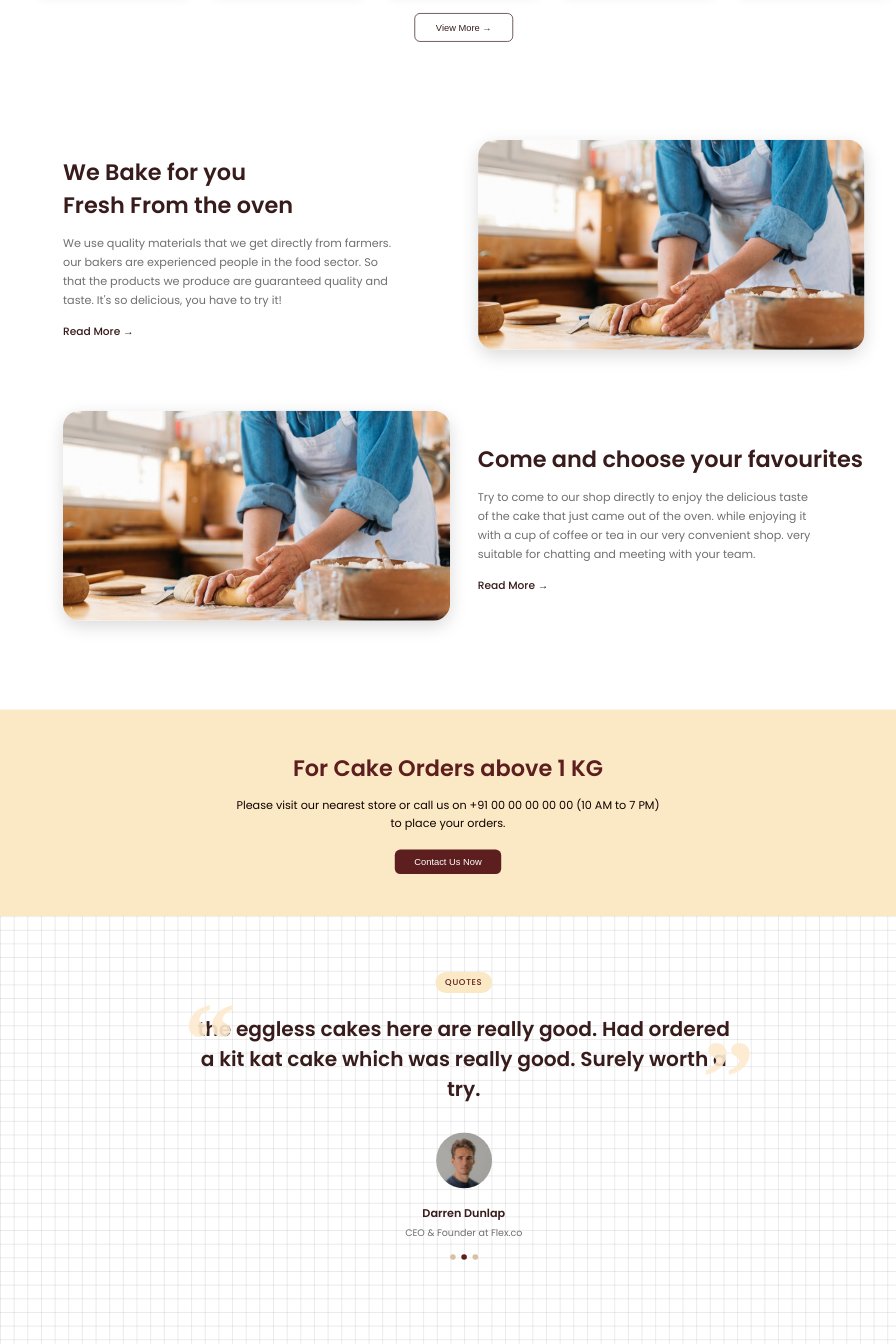
Repository: josegabrielzevallos/chocobrat-bakery-website
Page: index.html
The author's editor kept a copy of each file at every save. The page is drawn from the files as they stood at one save, then again after the next save.
The browser window is 1280 px wide. The pictures show the part of the page from y = 1014 to 2934 px (the page is 2934 px tall), at 70% of full size.

Above is the page before, as saved 2025-11-20 17:34:17.

### index.html
<!DOCTYPE html>
<html lang="en">
<head>
    <meta charset="UTF-8" />
    <meta name="viewport" content="width=device-width, initial-scale=1.0" />
    <title>Chocobrat Bakery</title>

    <link href="https://fonts.googleapis.com/css2?family=Poppins:wght@300;400;500;600;700&display=swap" rel="stylesheet">

    <link rel="stylesheet" href="styles.css" />
</head>
<body>

    <!-- NAVBAR -->
    <header>
        <nav class="navbar container">
            <h1 class="logo">Chocobrat</h1>

            <ul class="nav-links">
                <li><a class="active" href="#">Home</a></li>
                <li class="dropdown">
                    <a href="#">Categories ▾</a>
                </li>
                <li><a href="#">About Us</a></li>
                <li><a href="#">Contact Us</a></li>
            </ul>

            <div class="nav-actions">
                <input type="text" placeholder="Search" class="search-box" />
                <button class="icon-btn">🔍</button>
                 <button class="icon-btn">👤</button>
                <button class="icon-btn">🛒</button>

            </div>
        </nav>
    </header>

    <!-- HERO SECTION -->
    <section class="hero container">
        <div>
        <div class="hero-text">
            <div class="hero-img">
                <img src="./assets/images/b1-cake.png" alt="Cake">
            </div>
            <div class="carousel container">
                <div class="slider-controls">
                    <span class="arrow" id="prev">&larr;</span>
                    <span class="slide-text">01/7</span>
                    <span class="arrow" id="next">&rarr;</span>
                </div>
                <img src="assets/images/b2-cake.jpeg" class="thumb" />
                <img src="assets/images/b3-cake-red.png" class="thumb" />
                <img src="assets/images/b4-cake.jpg" class="thumb" />

            </div>
                <h2>Bring you Happiness <br> through a piece of cake</h2>
                <p>We make different type of cakes, chocolate, soft cookies, cheesecake pie or anything you want.</p>

                <div class="hero-buttons">
                    <button class="btn primary">Order Now</button>
                    <button class="btn secondary">See All Menus</button>
                </div>
            </div>


        </div>
        <div class="hero-ba" >
            <!-- CAROUSEL STATIC -->


            <div class="title-row">
                <h2>Try Our Best Selling</h2>
                <div class="divider"></div>
                <p>Here’s our best creations that everyone loves. Lightness and sweetness of the cake...</p>
            </div>
        </div>
    </section>



    <!-- BEST SELLING SECTION -->
    <section class="best-selling container">


        <div class="product-grid">

            <!-- CARD 1 -->
            <article class="card">
                <img src="assets/images/b5-cakes.png" alt="">
                <h3>Red Velvet & Cream Cheese (500g)</h3>
                <div class="rating">
                    ⭐⭐⭐⭐☆ <span>4.0 Rating</span>
                </div>
            </article>

            <!-- CARD 2 -->
            <article class="card">
                <img src="assets/images/b6-cakes.png" alt="">
                <h3>Red Velvet & Cream Cheese (500g)</h3>
                <div class="rating">
                    ⭐⭐⭐⭐☆ <span>4.0 Rating</span>
                </div>
            </article>

            <!-- CARD 3 -->
            <article class="card">
                <img src="assets/images/b7-cakes.png" alt="">
                <h3>Red Velvet & Cream Cheese (500g)</h3>
                <div class="rating">
                    ⭐⭐⭐⭐☆ <span>4.0 Rating</span>
                </div>
            </article>

            <!-- CARD 4 -->
            <article class="card">
                <img src="assets/images/b8-cakes.png" alt="">
                <h3>Red Velvet & Cream Cheese (500g)</h3>
                <div class="rating">
                    ⭐⭐⭐⭐☆ <span>4.0 Rating</span>
                </div>
            </article>
              <!-- CARD 5 -->
            <article class="card">
                <img src="assets/images/b9-cakes.png" alt="">
                <h3>Red Velvet & Cream Cheese (500g)</h3>
                <div class="rating">
                    ⭐⭐⭐⭐☆ <span>4.0 Rating</span>
                </div>
            </article>
        </div>

        <center>
            <button class="btn view-more">View More →</button>
        </center>
    </section>

        <!-- STORY / ABOUT BAKERY SECTION -->
    <section class="story container">
        <article class="story-card">

            <div class="story-text">
                <h2>We Bake for you<br>Fresh From the oven</h2>
                <p>
                    We use quality materials that we get directly from farmers.
                    <br>our bakers are experienced people in the food sector. So
                    <br>that the products we produce are guaranteed quality and
                    <br>taste. It's so delicious, you have to try it!
                </p>
                <a href="#" class="story-link">Read More →</a>
            </div>
            <div class="story-img">
                <img src="./assets/images/b9-women.jpeg" alt="Baker preparing pastry">
            </div>

        </article>


        <article class="story-card">

            <div class="story-img">
                <img src="./assets/images/b9-women.jpeg" alt="Baker rolling dough">
            </div>

            <div class="story-text">
                <h2>Come and choose your favourites</h2>
                <p>
                    Try to come to our shop directly to enjoy the delicious taste
                    <br>of the cake that just came out of the oven. while enjoying it
                    <br>with a cup of coffee or tea in our very convenient shop. very
                    <br>suitable for chatting and meeting with your team.
                </p>
                <a href="#" class="story-link">Read More →</a>
            </div>

        </article>

    </section>

    <!-- CAKE ORDER BANNER -->
    <section class="order-banner">
        <div class="order-banner-inner">
            <h2>For Cake Orders above 1 KG</h2>
            <p>
                Please visit our nearest store or call us on +91 00 00 00 00 00 (10 AM to 7 PM)
            <br>
                to place your orders.
            </p>
            <button class="btn primary order-btn">Contact Us Now</button>
        </div>
    </section>

    <!-- QUOTES SECTION -->
    <section class="quotes-section">
        <div class="container quotes-inner">
            <span class="quotes-label">QUOTES</span>

            <p class="quote-text">
                the eggless cakes here are really good. Had ordered a kit kat cake which was
                really good. Surely worth a try.
            </p>

            <div class="quote-author">
                <div class="quote-avatar">
                    <img src="./assets/images/b10-man.jpeg" alt="Darren Dunlap">
                </div>
                <h3>Darren Dunlap</h3>
                <p class="quote-role">CEO &amp; Founder at Flex.co</p>

                <div class="quote-dots">
                    <span class="quote-dot"></span>
                    <span class="quote-dot active"></span>
                    <span class="quote-dot"></span>
                </div>
            </div>
        </div>
    </section>
</body>
</html>

### styles.css
/* ===== RESET ===== */
* {
    margin: 0;
    padding: 0;
    box-sizing: border-box;
}

body {
    font-family: "Poppins", sans-serif;
    background-color: #ffffff;
    background-color: #FFF;
    color: #381B1B;
}

.container {
    max-width: 1478px;
    /* margin: auto; */

    padding-bottom:20px ;
    padding-left: 50px;
    padding-right: 5px;
}

/* ===== NAVBAR ===== */
header {
    background: #FFF;
    padding: 0px 0;
}

.navbar {
    display: flex;
    align-items: center;
    justify-content: space-between;
}

.logo {
    font-size: 1.8rem;
    font-weight: 600;
}

.nav-links {
    display: flex;
    list-style: none;
    gap: 30px;
}

.nav-links a {
    text-decoration: none;
    color: #6F6F6F;
    font-weight: 500;
}

.nav-links .active {
    color: #381B1B;
    font-weight: 600;
}

.nav-actions {
    display: flex;
    align-items: center;
    gap: 12px;
}

.search-box {
    padding: 10px 15px;
    border-radius: 8px;
    border: 1px solid #ddd;
}

.icon-btn {
    background: #5C1E1E;
    color: #fff;
    padding: 10px;
    border-radius: 8px;
    border: none;
}

/* ===== HERO ===== */
.hero {
    /* display: flex; */
    display: block;
    align-items: center;
    justify-content: space-between;
    background: linear-gradient(to right, white, #f1ecdc);

    margin-top: 40px;
    background-color: #FFF8F2;
    border-radius: 16px;
}

.hero-text {
    max-width: 100%;
}
.hero-back{
    /* float: right; */
    margin-top: 200px;
    margin-right: 50px;
}

.hero-text h2 {
    font-size: 2.8rem;
    line-height: 1.2;
    margin-bottom: 15px;
}

.hero-text p {
    font-size: 1rem;
    color: #6F6F6F;
    margin-bottom: 25px;
}

.hero-buttons {
    display: flex;
    gap: 15px;
}

.btn {
    padding: 12px 30px;
    font-weight: 500;
    border-radius: 8px;
    border: none;
    cursor: pointer;
}

.primary {
    background: #5C1E1E;
    color: white;
}

.secondary {
    background: white;
    border: 1px solid #5C1E1E;
    color: #5C1E1E;
}

.hero-img img {
    width: 480px;
    border-radius: 12px;
    float: right;
}

/* ===== CAROUSEL ===== */
.carousel {
    margin-top: -125px;
    display: flex;
    gap: 10px;
    clear: both;
    overflow-x: hidden;
    padding-bottom: 10px;
    float:right;
    background: #f6ffff59;
    border-top-left-radius: 64px;
    border-bottom-left-radius: 64px;

}

.slider-controls {
      display: flex;
      align-items: center;
      gap: 16px;           /* espacio entre flecha y texto */
      font-family: Arial, sans-serif;
      font-size: 18px;
    }

.divider {
  width: 1.5px;
  height: 53px; /* Ajusta el largo de la línea */
  background-color: #000000; /* Color suave como en tu imagen */
    background-color: #FFF8F2;
    border-radius: 16px;
}

.thumb {
    width: 180px;
    height: 110px;
    border-radius: 12px;
    object-fit: cover;
}

/* ===== BEST SELLING ===== */
.best-selling {
    margin-top: 60px;
}

.title-row {
    display: flex;
    justify-content: space-between;
    margin-bottom: 30px;
    clear: both;
    padding-top: 60px;
}

.title-row h2 {
    font-size: 2rem;
    color: #381B1B;
}

.title-row p {
    max-width: 45%;
    color: #6F6F6F;
}

/* ===== PRODUCT GRID ===== */
.product-grid {
    display: grid;
    grid-template-columns: repeat(5, 1fr);
    gap: 25px;
    margin-top: 30px;
}

.card {
    background: #fff;
    padding: 15px;
    border-radius: 15px;
    box-shadow: 0 4px 15px rgba(0,0,0,0.06);
}

.card img {
    width: 100%;
    height: 180px;
    border-radius: 12px;
    object-fit: cover;
}

.card h3 {
    margin: 12px 0 5px;
    font-size: 1rem;
}

.rating {
    color: #F2C94C;
    font-size: 0.9rem;
}

.rating span {
    color: #6F6F6F;
    margin-left: 5px;
}

.view-more {
    margin-top: 25px;
    background: white;
    border: 1px solid #381B1B;
    color: #381B1B;
}

/* ===== STORY / ABOUT BAKERY SECTION ===== */
.story {
    margin-top: 80px;
    display: flex;
    flex-direction: column;
    gap: 6  0px;
}

.story-card {
    display: flex;
    align-items: center;
    justify-content: space-between;   /* nuevo */
    gap: 40px;
    padding: 40px;
}

.story-card-reverse {
    flex-direction: row-reverse;
}

.story-text {
    flex: 1;        /* 50% del espacio */
}

.story-text h3 {
    font-size: 1rem;
    font-weight: 500;
    color: #A35A4A;
    margin-bottom: 4px;
}

.story-text h2 {
    font-size: 2rem;
    font-weight: 600;
    margin-bottom: 16px;
    color: #381B1B;
}

.story-text p {
    color: #6F6F6F;
    line-height: 1.7;
    margin-bottom: 18px;
}

.story-link {
    text-decoration: none;
    font-weight: 500;
    color: #381B1B;
    font-size: 0.95rem;
}

.story-img {
    flex: 1;        /* 50% del espacio */
}

.story-img img {
    width: 100%;
    height: 100%;
    max-height: 300px;     /* evita que se extienda demasiado */
    object-fit: cover;
    border-radius: 24px;
    box-shadow: 0 8px 25px rgba(0, 0, 0, 0.15);
}

/* ===== ORDER BANNER ===== */
.order-banner {
    background-color: #FBE8C4;   /* banda beige */
    padding: 60px 20px;
    margin-top: 60px;
}

.order-banner-inner {
    max-width: 800px;
    margin: 0 auto;
    text-align: center;
}

.order-banner h2 {
    font-size: 2rem;
    font-weight: 600;
    color: #5C1E1E;             /* marrón del botón/nav */
    margin-bottom: 16px;
}

.order-banner p {
    color: #0f0101;
    line-height: 1.6;
    margin-bottom: 24px;
}

.order-btn {
    /* ya hereda .btn y .primary, solo ajustamos un poco el tamaño */
    padding: 10px 28px;
    border-radius: 8px;
}

/* ===== QUOTES / TESTIMONIAL SECTION ===== */
.quotes-section {
    position: relative;
    padding: 80px 20px 100px;
    background-color: #FFFFFF;

    /* cuadrícula punteada */
    background-image:
        repeating-linear-gradient(
            to right,
            rgba(0,0,0,0.08) 0px,
            rgba(0,0,0,0.08) 1px,
            transparent 1px,
            transparent 70px
        ),
        repeating-linear-gradient(
            to bottom,
            rgba(0,0,0,0.08) 0px,
            rgba(0,0,0,0.08) 1px,
            transparent 1px,
            transparent 70px
        );

    background-size: 19.5px 19.5px;
}

.quotes-inner {
    text-align: center;
}

.quotes-label {
    display: inline-block;
    padding: 6px 14px;
    font-size: 0.75rem;
    letter-spacing: 0.08em;
    text-transform: uppercase;
    border-radius: 999px;
    background-color: #FBE8C4;
    color: #5C1E1E;
    font-weight: 500;
}

/* COMILLAS GRANDES DE FONDO */
.quote-text {
    position: relative;
    max-width: 780px;
    margin: 30px auto 40px;
    font-size: 1.8rem;
    line-height: 1.5;
    font-weight: 600;
    color: #381B1B;
    z-index: 2;
}

.quote-text::before,
.quote-text::after {
    font-family: 'Playfair Display', serif;
    position: absolute;
    font-size: 150px;
    font-weight: 700;
    pointer-events: none;
    z-index: 0;

    /* degradado real */
    background: linear-gradient(
        to bottom,
        #FDEBCF 0%,
        #FDEBCF 45%,
        rgba(255,255,255,0.8) 80%,
        rgba(255,255,255,1) 100%
    );
    -webkit-background-clip: text;
    color: transparent;

    opacity: 0.9;  /* alta para que se note la panza blanca */
}


.quote-text::before {
    content: "“";
    left: -10px;
    top: -75px;
}

.quote-text::after {
    content: "”";
    right: -25px;
    bottom: -75px;
}


.quote-author {
    display: flex;
    flex-direction: column;
    align-items: center;
    gap: 6px;
}

.quote-avatar img {
    width: 80px;
    height: 80px;
    border-radius: 50%;
    object-fit: cover;
    /*box-shadow: 0 8px 25px rgba(0, 0, 0, 0.15);*/
}

.quote-author h3 {
    margin-top: 10px;
    font-size: 1rem;
    font-weight: 600;
    color: #381B1B;
}

.quote-role {
    font-size: 0.85rem;
    color: #6F6F6F;
}

/* tres puntitos inferiores */
.quote-dots {
    margin-top: 14px;
    display: flex;
    gap: 8px;
    justify-content: center;
}

.quote-dot {
    width: 8px;
    height: 8px;
    border-radius: 50%;
    background-color: #D8C1A0;
}

.quote-dot.active {
    width: 8px;
    height: 8px;
    background-color: #5C1E1E;
}

After the next save:
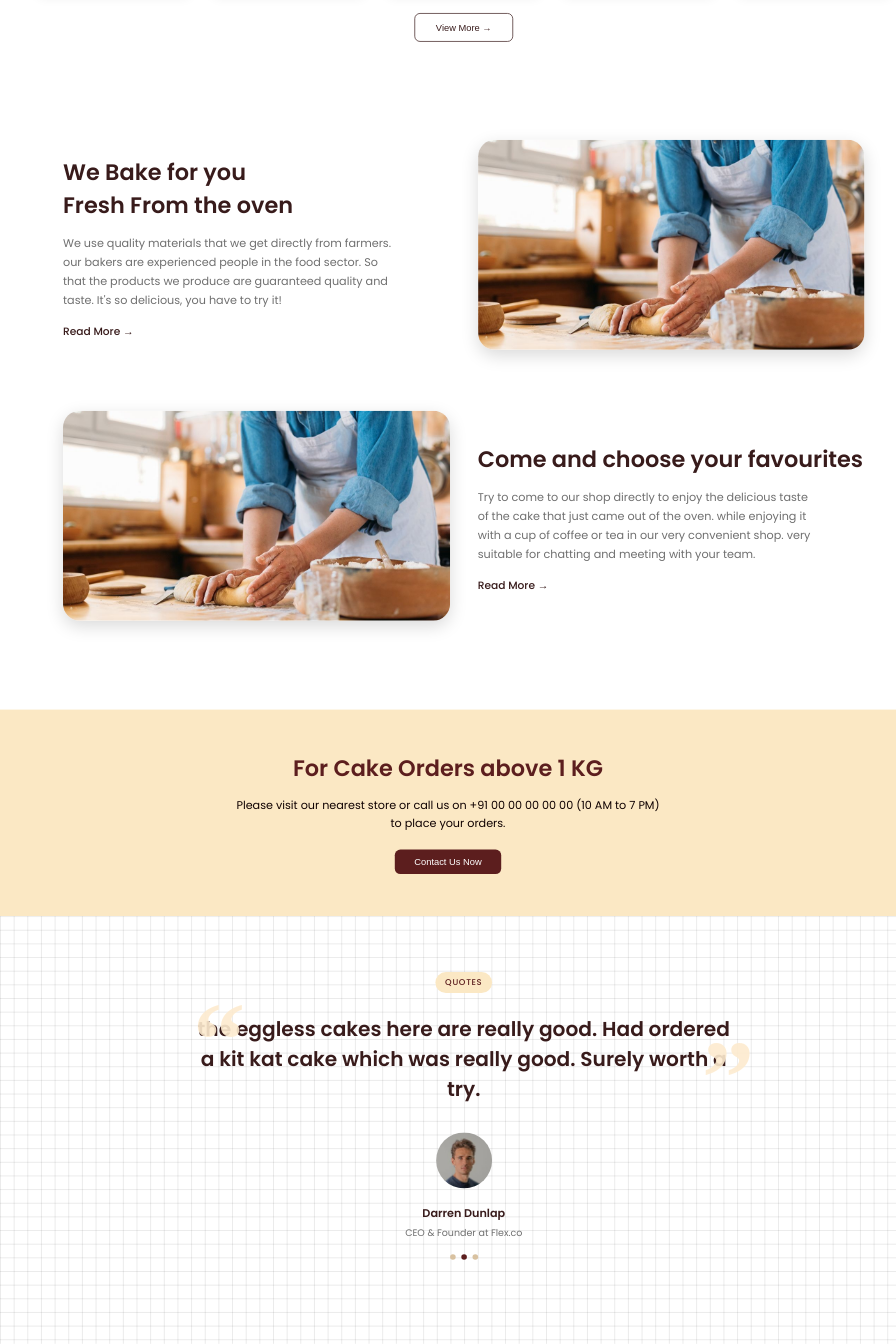
Saved 12 s later.
--- a/styles.css
+++ b/styles.css
@@ -420,7 +420,7 @@ header {
 
 .quote-text::before {
     content: "“";
-    left: -10px;
+    left: 3px;
     top: -75px;
 }
 
